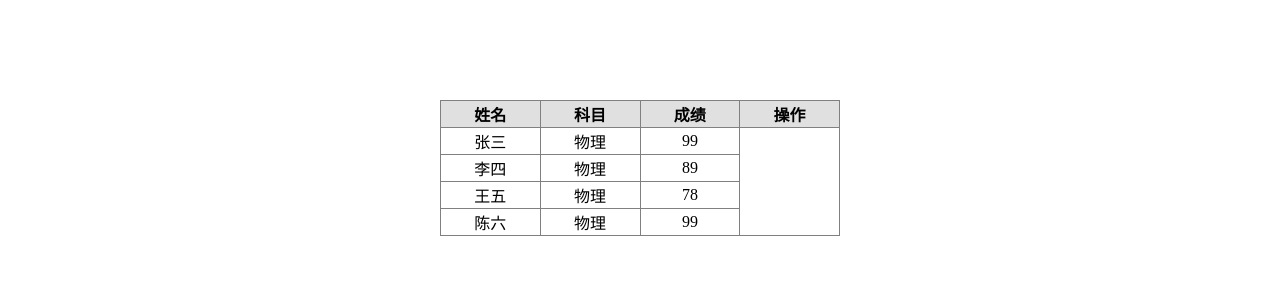
Repository: Sky0258/study
Page: js/10.动态生成表格.html
An editor plug-in stored every save of this project. The page is shown before and after the next save, followed by the edit.
The browser window is 1280 px wide. The pictures show the whole page.

Above is the page before, as saved 2022-09-11 20:27:34.

After the next save:
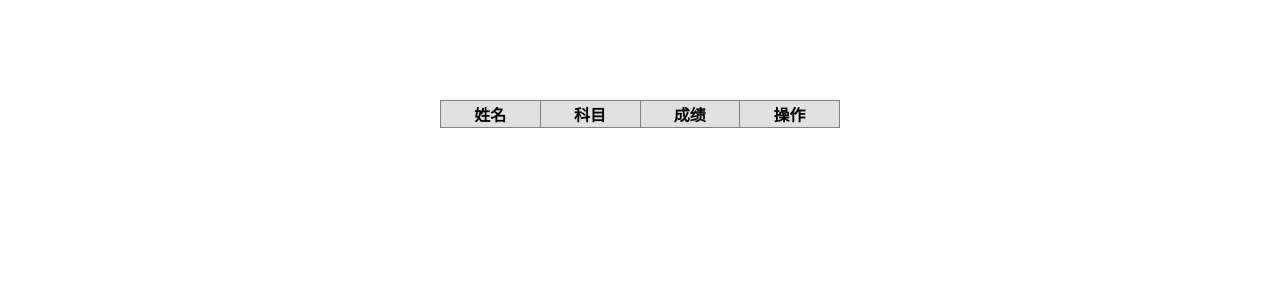
Console error: TypeError: Failed to execute 'appendChild' on 'Node': parameter 1 is not of type 'Node'.
Saved 2 min 21 s later.
--- a/js/10.动态生成表格.html
+++ b/js/10.动态生成表格.html
@@ -61,14 +61,18 @@
     var table = document.querySelector('table');
 
     for(var i = 0;i < data.length;i++) {
+        // 添加行
         var tr = document.createElement('tr');
 
+        // 渲染数据单元格
         for(var j in data[i]) {
             var td = document.createElement('td');
             td.innerHTML = data[i][j];
             tr.appendChild(td);
-            console.log(tr);
         }
+        // 添加删除操作单元格
+        tr.appendChild("<a href='javascript:;'>删除</a>")
+
         table.children[1].appendChild(tr);
     }
 </script>

After the save that followed:
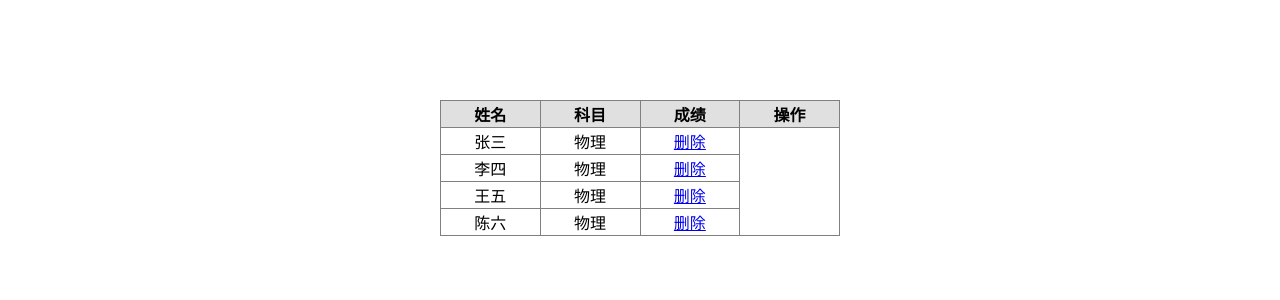
The error is gone.
Saved 2 min 40 s later.
--- a/js/10.动态生成表格.html
+++ b/js/10.动态生成表格.html
@@ -71,7 +71,9 @@
             tr.appendChild(td);
         }
         // 添加删除操作单元格
-        tr.appendChild("<a href='javascript:;'>删除</a>")
+        var del = document.createElement('td');
+        td.innerHTML = "<a href='javascript:;'>删除</a>";
+        tr.appendChild(td);
 
         table.children[1].appendChild(tr);
     }
